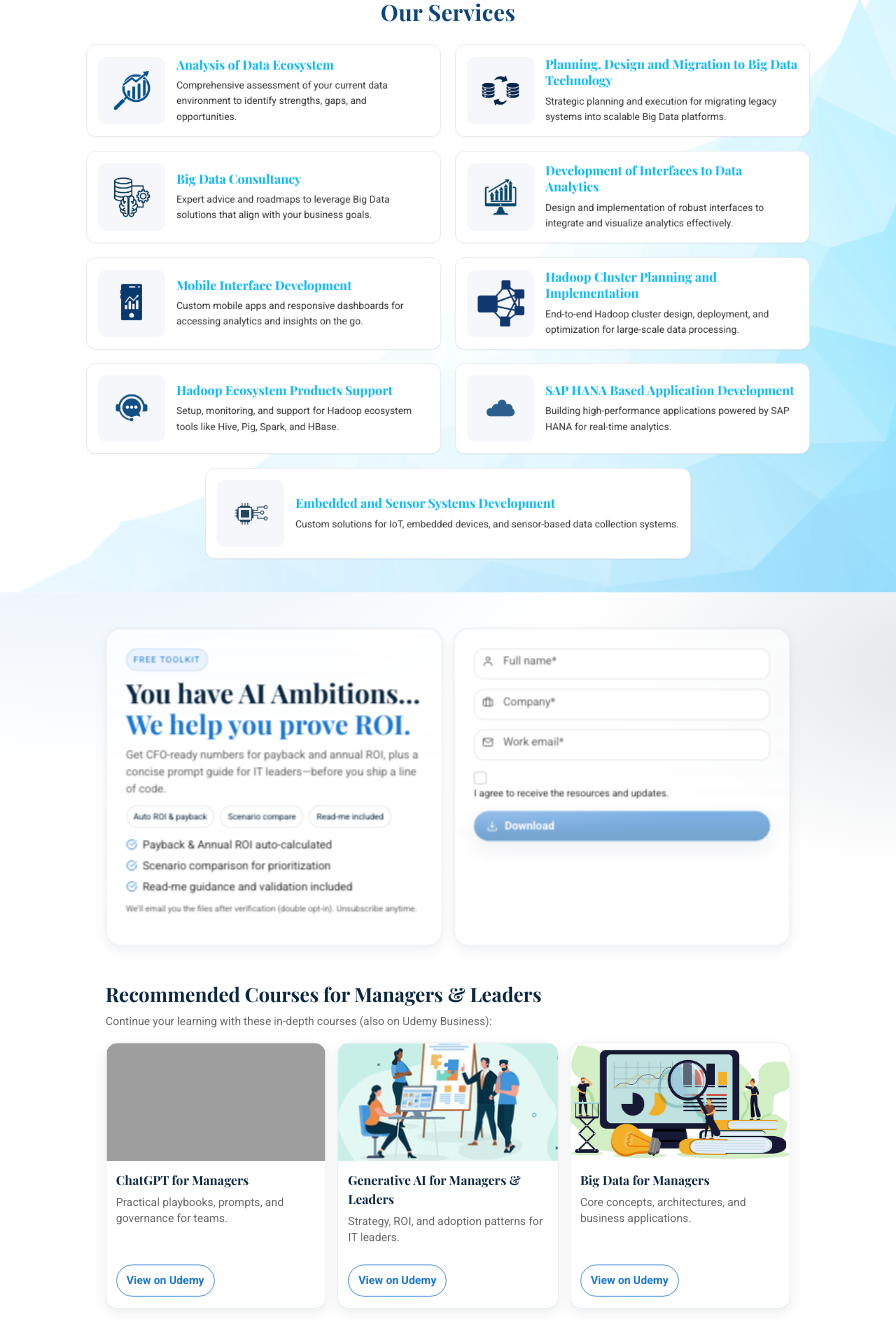
Repository: Yeshwanth-189/spiderOpsNet
Page: / (app in spideropsnet-frontend/)
The author's editor kept a copy of each file at every save. The page is drawn from the files as they stood at one save, then again after the next save.
The browser window is 1280 px wide. The pictures show the part of the page from y = 1879 to 3799 px (the page is 3799 px tall), at 70% of full size.
Pictures or frames that could not be fetched are drawn as grey boxes. The project was rebuilt for these pictures with package versions that can differ from the ones it lists, and the page was loaded fresh each time. Also part of the build but not shown: spideropsnet-frontend/vite.config.js.

Above is the page before, as saved 2025-09-05 17:22:01.

After the next save:
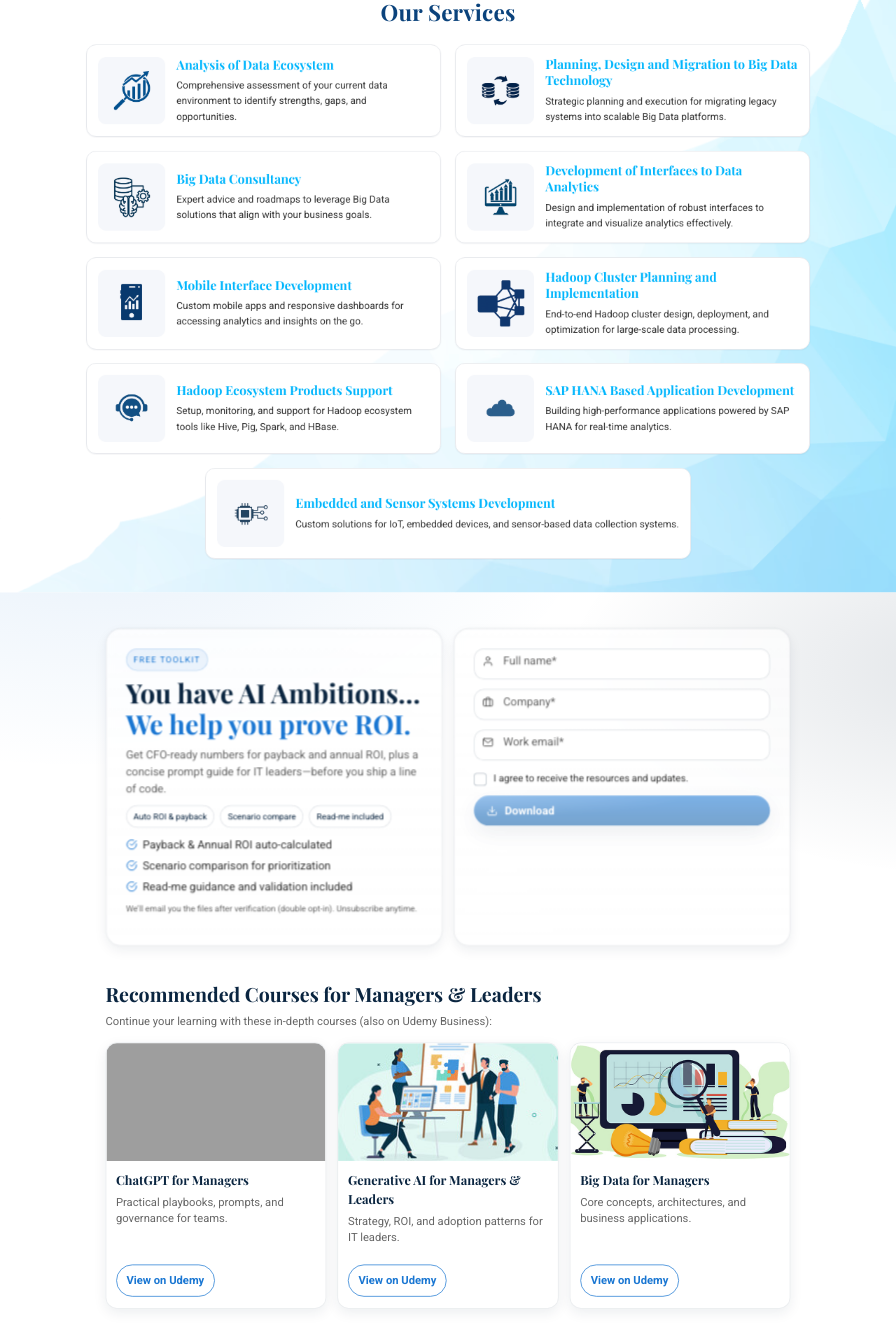
Saved 16 s later.
--- a/spideropsnet-frontend/src/styles/Courses.css
+++ b/spideropsnet-frontend/src/styles/Courses.css
@@ -360,7 +360,7 @@
   transform: translateY(1px);
 }
 
-check-row {
+.check-row {
   display: grid;
   grid-template-columns: 18px 1fr;
   align-items: start;
